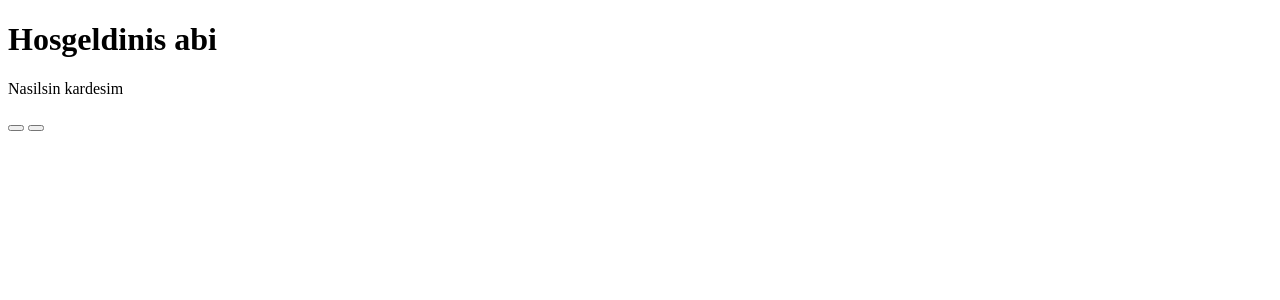
Repository: jamalissef-glitch/exercise1-JS
Page: Exercise34/index.html
The author's editor kept a copy of each file at every save. The page is drawn from the files as they stood at one save, then again after the next save.
The browser window is 1280 px wide. The pictures show the whole page.

Above is the page before, as saved 2026-07-14 18:48:50.

### Exercise34/index.html
<!DOCTYPE html>
<html lang="en">

<head>
 <meta charset="UTF-8">
 <meta name="viewport" content="width=device-width, initial-scale=1.0">
 <title>Change Content and InnerHTML</title>
</head>

<body>

 <h1 class="header">Hosgeldinis abi</h1>

 <p class="pragraph">Nasilsin kardesim</p>

 <button onload="changeContent()"></button>
 <button onload="changeText()"></button>

</body>

</html>

After the next save:
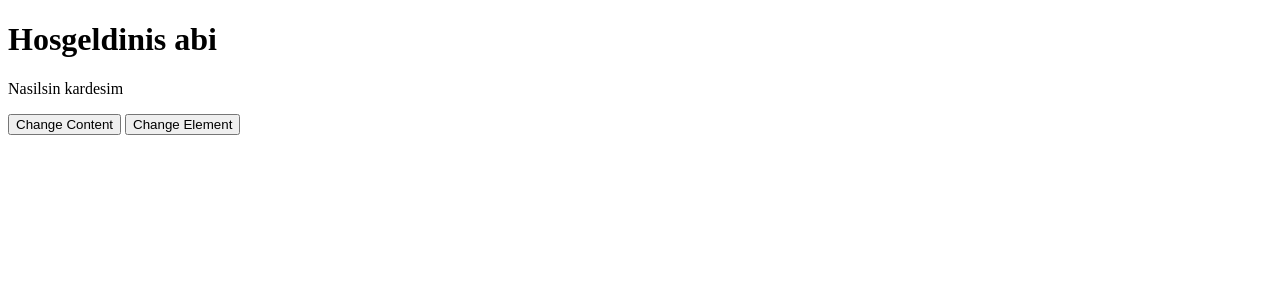
Saved 35 s later.
--- a/Exercise34/index.html
+++ b/Exercise34/index.html
@@ -13,8 +13,8 @@
 
  <p class="pragraph">Nasilsin kardesim</p>
 
- <button onload="changeContent()"></button>
- <button onload="changeText()"></button>
+ <button onload="changeContent()">Change Content</button>
+ <button onload="changeText()">Change Element</button>
 
 </body>
 
